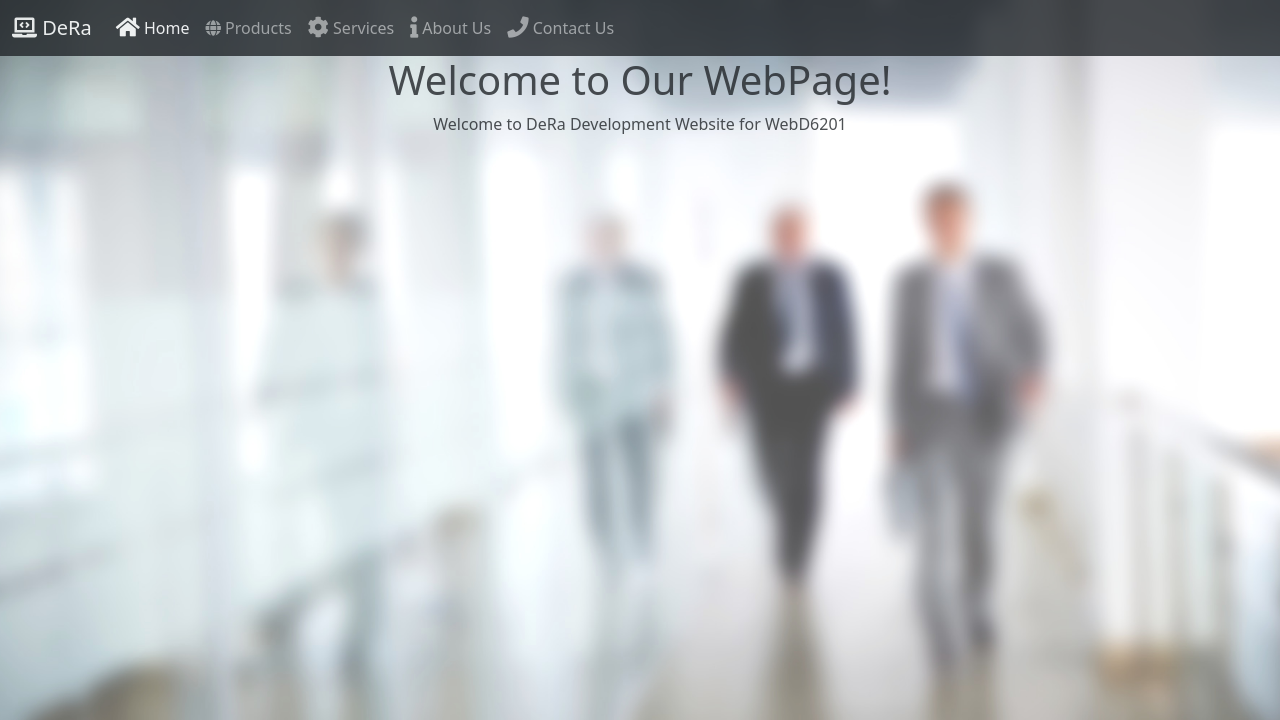
Repository: deividwsantoss/web6201-Lab1
Page: index.html
These files come from the project's save history. The page is drawn as it stood at one moment and after the next save; the edit follows.
The browser window is 1280 px wide. The pictures show the whole page.

Above is the page before, as saved 2021-02-02 22:24:58.

### index.html
<!DOCTYPE html>
<html lang="en">
<head>
    <meta charset="UTF-8">
    <meta name="viewport" content="width=device-width, initial-scale=1.0">
    <title>Home</title>
</head>
<!-- CSS SECTION-->
<link rel="stylesheet" href="./node_modules/bootstrap/dist/css/bootstrap.min.css">
<link rel="stylesheet" href="./node_modules/@fortawesome/fontawesome-free/css/all.min.css">
<link rel="stylesheet" href="./Content/app.css">

<body class="bg">
    <!-- Main Header-->
    <header>
        <!-- Main Navegation-->
        <nav class="navbar navbar-expand-lg navbar-dark bg-dark">
            <div class="container-fluid">
              <a class="navbar-brand" href="Index.html"><i class="fas fa-laptop-code"></i> DeRa</a>
              <button class="navbar-toggler" type="button" data-bs-toggle="collapse" data-bs-target="#navbarSupportedContent" aria-controls="navbarSupportedContent" aria-expanded="false" aria-label="Toggle navigation">
                <span class="navbar-toggler-icon"></span>
              </button>
              <div class="collapse navbar-collapse" id="navbarSupportedContent">
                <ul class="navbar-nav ml-auto mb-2 mb-lg-0">
                  <li class="nav-item">
                    <a class="nav-link active" aria-current="page" href="Index.html"><i class="fas fa-home fa-lg"></i> Home</a>
                  </li>
                  <li class="nav-item">
                    <a class="nav-link" aria-current="page" href="products.html"><i class="fas fa-globe"></i> Products</a>
                  </li>
                  <li class="nav-item">
                    <a class="nav-link" aria-current="page" href="services.html"><i class="fas fa-cog fa-lg"></i> Services</a>
                  </li>
                  <li class="nav-item">
                    <a class="nav-link" aria-current="page" href="about.html"><i class="fas fa-info fa-lg"></i> About Us</a>
                  </li>
                  <li class="nav-item">
                    <a class="nav-link" aria-current="page" href="contact.html"><i class="fas fa-phone fa-lg"></i> Contact Us</a>
                  </li>

                </ul>

              </div>
            </div>
          </nav>

    </header>

    <!-- Main Content-->
        <main class="container">
            <div class="text-md-center align-middle">
            <h1> Welcome to Our WebPage! </h1>
            <p id="paragraphOne"> </p>
        </div>
        </main>

    <!--- Script Section-->
    <script src="./node_modules/bootstrap/dist/js/bootstrap.bundle.min.js"></script>
    <script src="./node_modules/jquery/dist/jquery.min.js"></script>
    <script src="./Scripts/app.js"></script>
</body>

</html>

### Content/app.css
/* Custom CSS goes here */
body,html{
    height: 100%;
    margin: 0;
}
.bg{
    background-image: url("Background-White.jpg");
    background-repeat: no-repeat;
    background-size: cover;
    background-position: center;
    opacity: 0.8;
}

.contactimage{
    background-image:url("contactimg.jpg");
    background-repeat: no-repeat;
    background-size: cover;
    background-position: center;
    opacity: 0.8;
}
.productsbg {
    background-image:url("productsbg.jpg");
    background-repeat: no-repeat;
    background-size: cover;
    background-position: center;
    opacity: 0.8;
}

.servicesbackgroud{
    background-image:url("services.jpg");
    background-repeat: no-repeat;
    background-size: cover;
    background-position: center;
    opacity: 0.8;
}
.aboutus{
    background-image:url("bgimage.jpg");
    background-repeat: no-repeat;
    background-size: cover;
    background-position: center;
    opacity: 0.8;
}

### Scripts/app.js
/* Custom JavaScript goes here */


"use strict";

(function(){

    function displayHome(){
        let paragraphOneText = "Welcome to DeRa Development Website for WebD6201";
        let paragraphOneElement = document.getElementById("paragraphOne");

        paragraphOneElement.textContent = paragraphOneText;
    }
    function displayAbout(){

    }
    function displayProducts(){

    }
    function displayServices(){

    }
    function displayContact(){

        let messageArea = document.getElementById("messageArea");
        messageArea.hidden = true;

        //Form Validation...

        let fullName = document.getElementById("fullName");
        fullName.addEventListener("blur", function(){
            if(fullName.value.length < 2){
                fullName.focus;
                fullName.select();
                messageArea.hidden = false;
                messageArea.className = "alert alert-danger";
                messageArea.textContent = "Please, Enter an appropriate name."
            }
            else{
                messageArea.removeAttribute("Class");
                messageArea.hidden = true;
            }
        });

        let sendButton = document.getElementById("sendButton");
        sendButton.addEventListener("click", function(event){
            event.preventDefault();
        });

    }


    function Start(){
        console.log("App Start...");

        switch (document.title) {

            case 'Home':
                displayHome();
                break;
            case 'About':
                displayAbout();
                break;
            case 'Products':
                displayProducts();
                break;
            case 'Services':
                displayServices();
                break;
            case 'Contact':
                displayContact();
                break;

        }
        displayHome();

    }
    window.addEventListener("load",Start);

})();

Loaded but not shown: node_modules/bootstrap/dist/css/bootstrap.min.css (library); node_modules/@fortawesome/fontawesome-free/css/all.min.css (library); node_modules/bootstrap/dist/js/bootstrap.bundle.min.js (library); node_modules/jquery/dist/jquery.min.js (library)

After the next save:
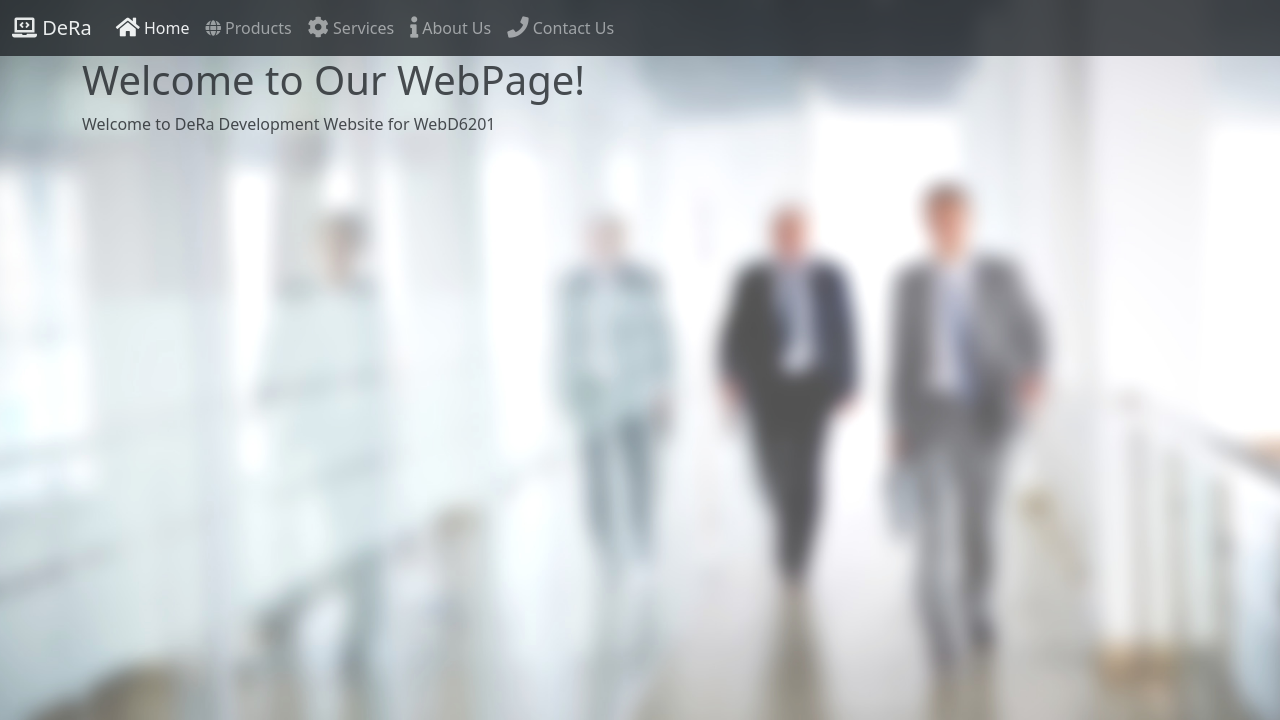
Saved 18 s later.
--- a/index.html
+++ b/index.html
@@ -48,7 +48,7 @@
 
     <!-- Main Content-->
         <main class="container">
-            <div class="text-md-center align-middle">
+            <div class="align-middle">
             <h1> Welcome to Our WebPage! </h1>
             <p id="paragraphOne"> </p>
         </div>

After the save that followed:
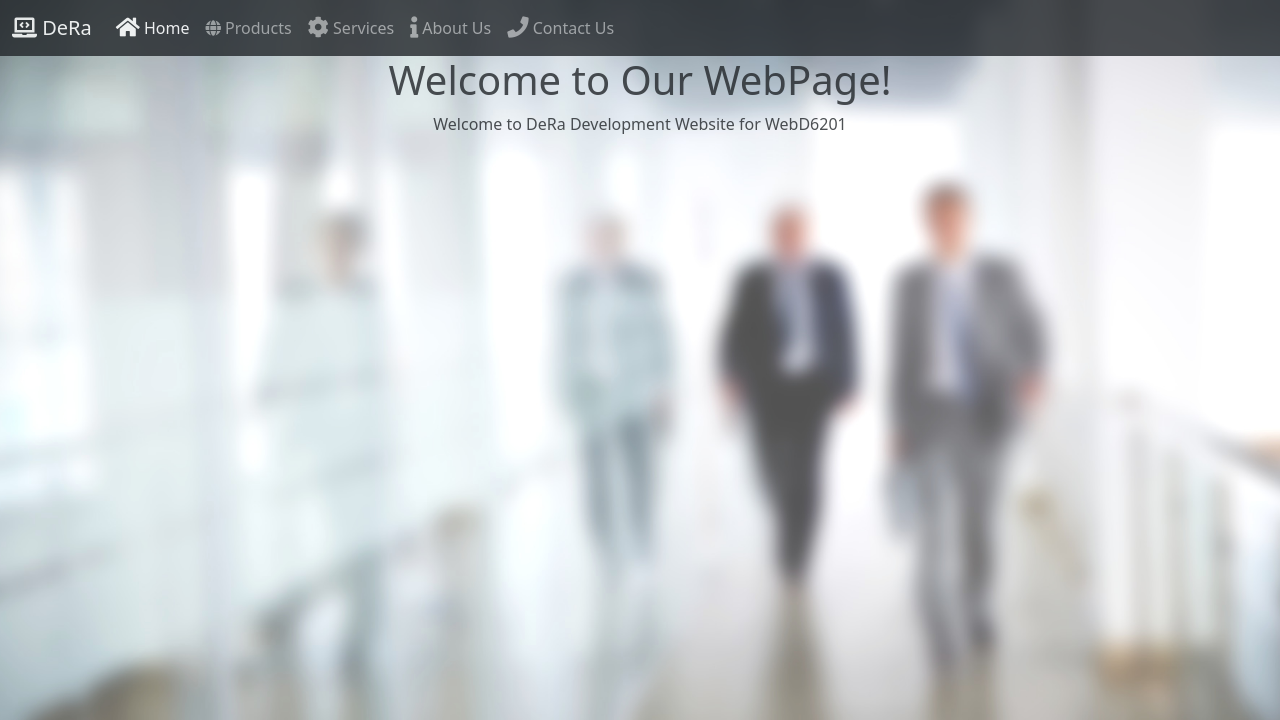
Saved 7 s later.
--- a/index.html
+++ b/index.html
@@ -48,7 +48,7 @@
 
     <!-- Main Content-->
         <main class="container">
-            <div class="align-middle">
+            <div class="text-md-center align-middle">
             <h1> Welcome to Our WebPage! </h1>
             <p id="paragraphOne"> </p>
         </div>
